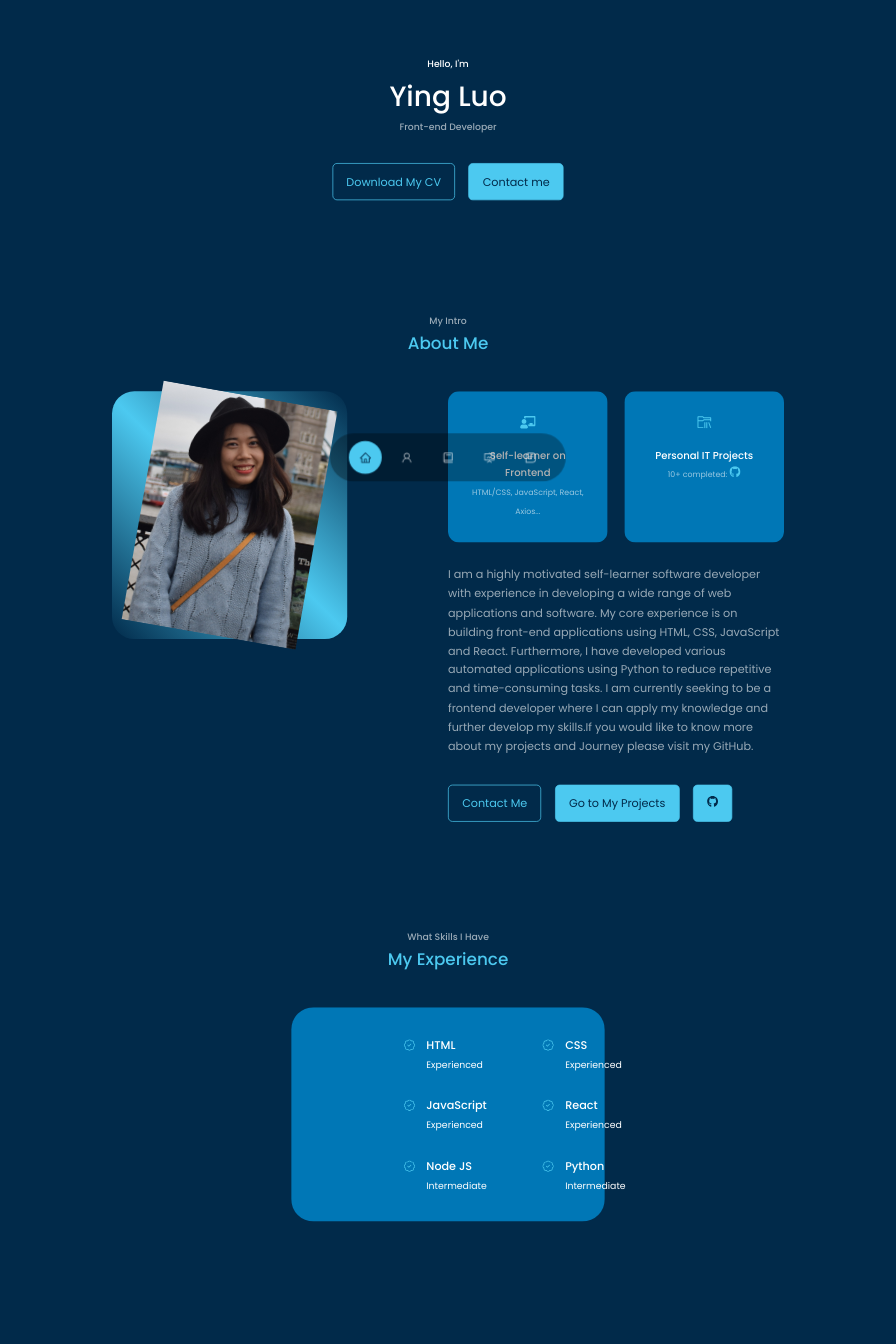
Repository: yingluo1020/react-portfolio-website
Page: /
An editor plug-in stored every save of this project. The page is shown before and after the next save, followed by the edit.
The browser window is 1280 px wide. The pictures show the part of the page from y = 0 to 1920 px (the page is 4231 px tall), at 70% of full size.
The project was rebuilt for these pictures with package versions that can differ from the ones it lists, and the page was loaded fresh each time. Imported but missing from the stored project, and not drawn on this page: src/assets/cv1.pdf.

Above is the page before, as saved 2022-03-16 09:40:41.

After the next save:
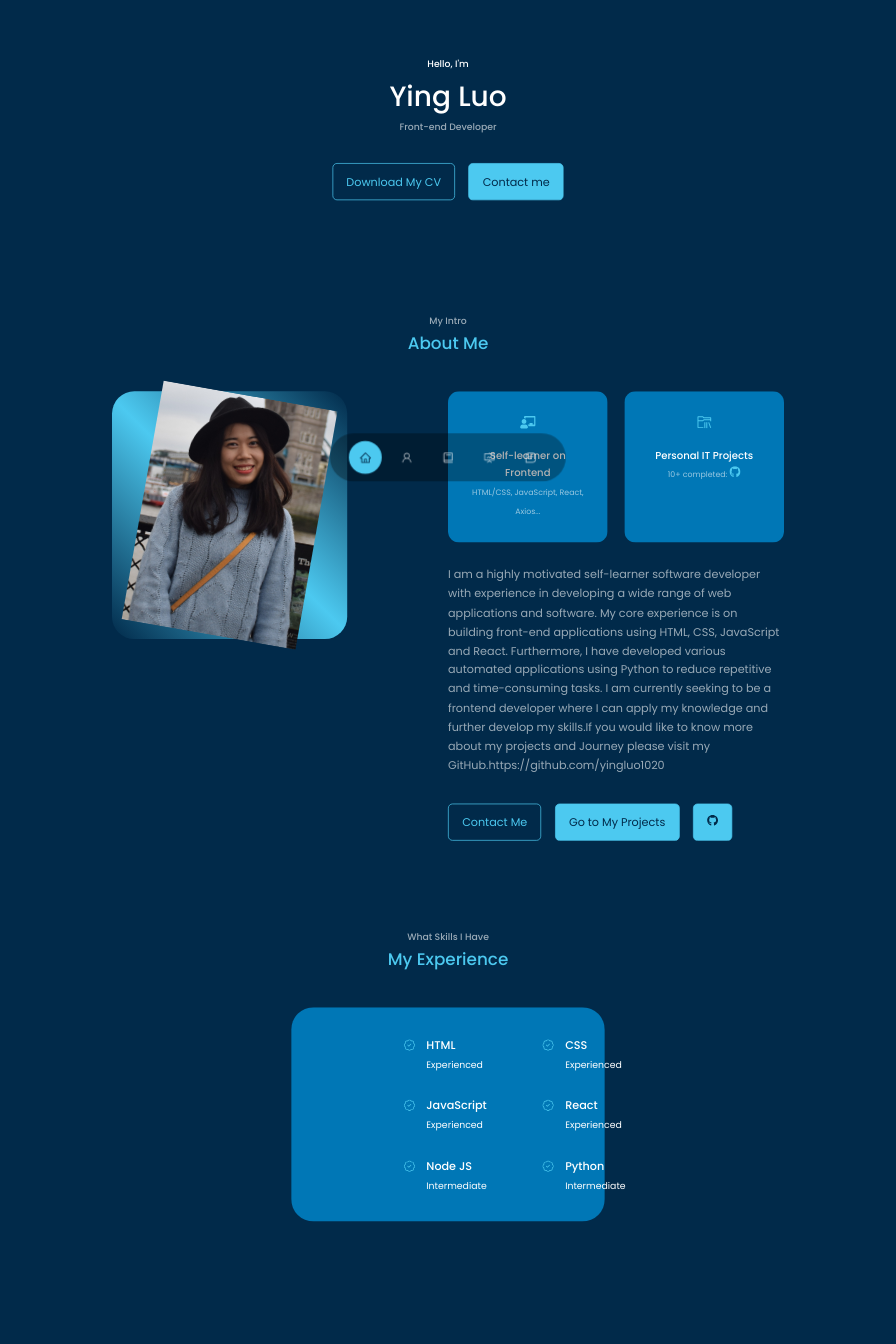
Saved 55 s later.
--- a/src/components/about/About.js
+++ b/src/components/about/About.js
@@ -30,14 +30,12 @@
                             <VscFolderLibrary className='about_icon' />
                             <h5>Personal IT Projects </h5>
                             <small>10+ completed:  </small>
-                            <a href="https://github.com/yingluo1020" target="_blank"><FaGithub /></a><br />
-
-
+                            <a href="" target="_blank"><FaGithub /></a><br />
                         </article>
 
                     </div>
 
-                    <p>I am a highly motivated self-learner software developer with experience in developing a wide range of web applications and software. My core experience is on building front-end applications using HTML, CSS, JavaScript and React. Furthermore, I have developed various automated applications using Python to reduce repetitive and time-consuming tasks. I am currently seeking to be a frontend developer where I can apply my knowledge and further develop my skills.If you would like to know more about my projects and Journey please visit my GitHub. </p>
+                    <p>I am a highly motivated self-learner software developer with experience in developing a wide range of web applications and software. My core experience is on building front-end applications using HTML, CSS, JavaScript and React. Furthermore, I have developed various automated applications using Python to reduce repetitive and time-consuming tasks. I am currently seeking to be a frontend developer where I can apply my knowledge and further develop my skills.If you would like to know more about my projects and Journey please visit my GitHub.https://github.com/yingluo1020 </p>
                     <div className="about_btn">
                         <a href="#contact" className="btn btn">Contact Me</a>
                         <a href="#" target="_blank" className="btn btn-primary">Go to My Projects</a>

After the save that followed:
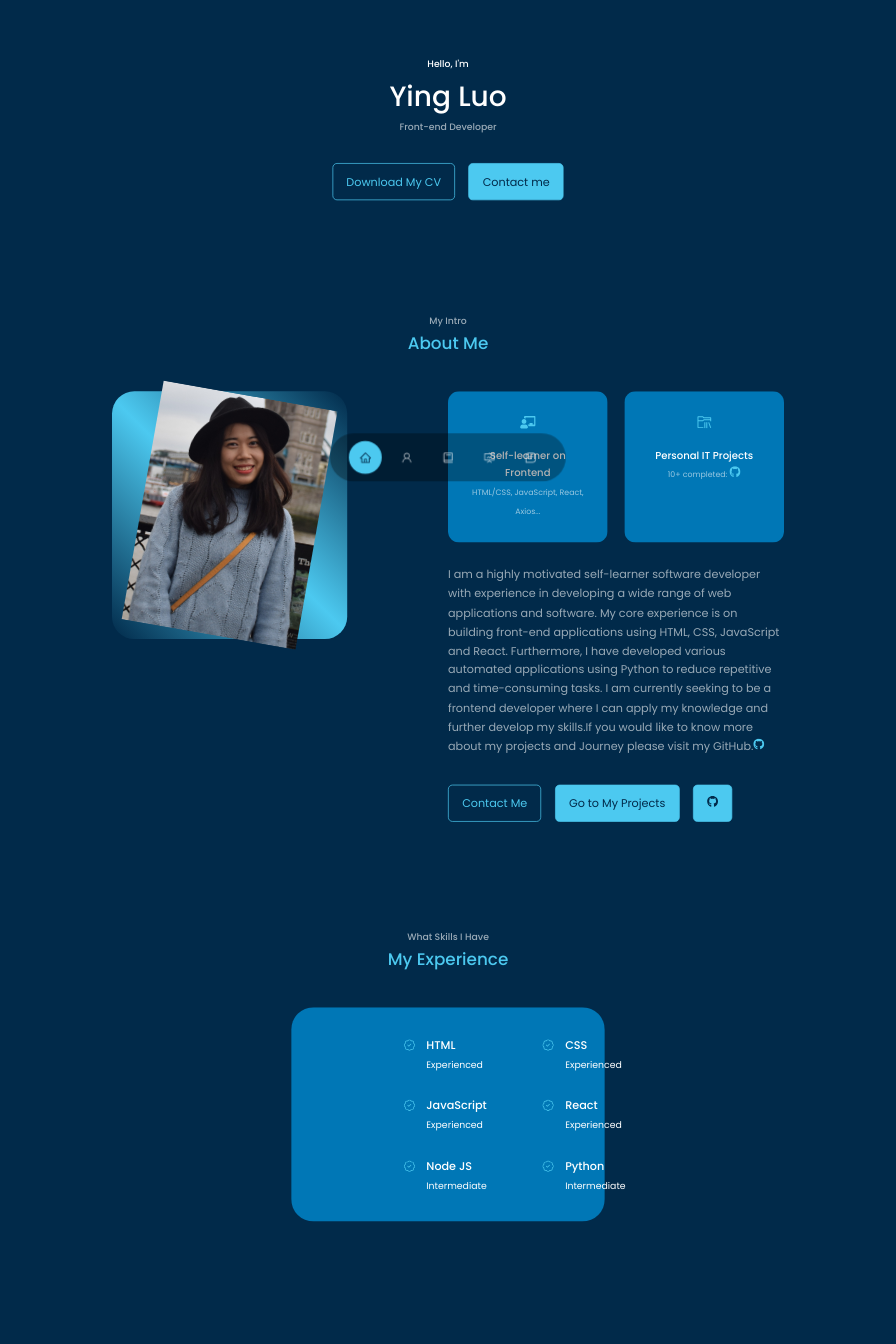
Saved 65 s later.
--- a/src/components/about/About.js
+++ b/src/components/about/About.js
@@ -30,12 +30,13 @@
                             <VscFolderLibrary className='about_icon' />
                             <h5>Personal IT Projects </h5>
                             <small>10+ completed:  </small>
-                            <a href="" target="_blank"><FaGithub /></a><br />
+                            <a href="https://github.com/yingluo1020" target="_blank"><FaGithub /></a>
                         </article>
 
                     </div>
 
-                    <p>I am a highly motivated self-learner software developer with experience in developing a wide range of web applications and software. My core experience is on building front-end applications using HTML, CSS, JavaScript and React. Furthermore, I have developed various automated applications using Python to reduce repetitive and time-consuming tasks. I am currently seeking to be a frontend developer where I can apply my knowledge and further develop my skills.If you would like to know more about my projects and Journey please visit my GitHub.https://github.com/yingluo1020 </p>
+                    <p>I am a highly motivated self-learner software developer with experience in developing a wide range of web applications and software. My core experience is on building front-end applications using HTML, CSS, JavaScript and React. Furthermore, I have developed various automated applications using Python to reduce repetitive and time-consuming tasks. I am currently seeking to be a frontend developer where I can apply my knowledge and further develop my skills.If you would like to know more about my projects and Journey please visit my GitHub.
+                        <a href="https://github.com/yingluo1020" target="_blank"><FaGithub /></a> </p>
                     <div className="about_btn">
                         <a href="#contact" className="btn btn">Contact Me</a>
                         <a href="#" target="_blank" className="btn btn-primary">Go to My Projects</a>
